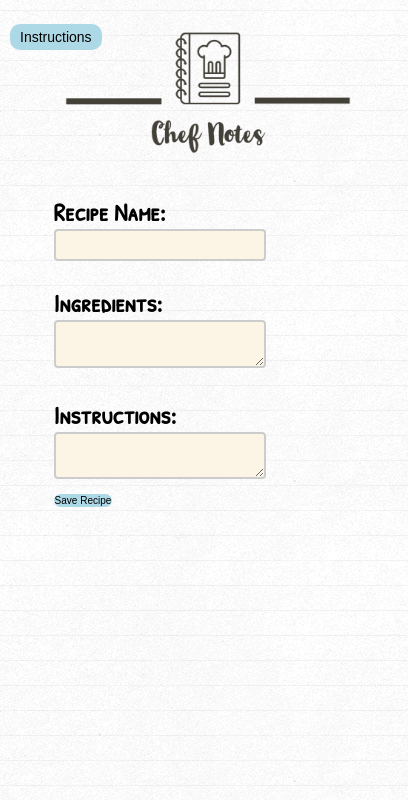
Repository: Chadloswald/RecipeSite
Page: docs/index.html
An editor plug-in stored every save of this project. The page is shown before and after the next save, followed by the edit.
The browser window is 320 px wide. The page is 408 px wide, then 328 px, so the pictures cover 408 px, including what lies to the right of the window. The pictures show the whole page.

Above is the page before, as saved 2023-06-19 10:09:16.

After the next save:
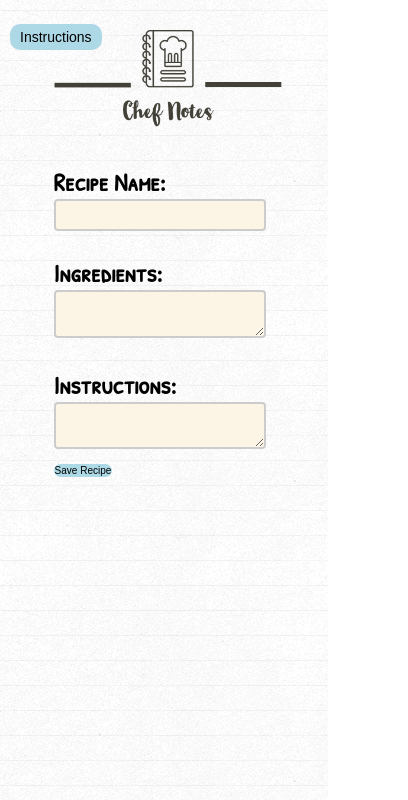
Saved 5 min 23 s later.
--- a/docs/style.css
+++ b/docs/style.css
@@ -193,6 +193,7 @@ p {
   #logo img {
     max-width: 400px;
   }
+
   body {
     margin-top: 12px;
   }
@@ -214,6 +215,10 @@ p {
 
 /* CSS for screens up to 600px */
 @media screen and (max-width: 600px) {
+  #logo img {
+    max-width: 600px;
+  }
+
   body {
     margin-top: 10px;
   }
@@ -235,6 +240,10 @@ p {
 
 /* CSS for screens up to 480px */
 @media screen and (max-width: 480px) {
+  #logo img {
+    max-width: 480px;
+  }
+
   body {
     margin-top: 15px;
   }
@@ -256,6 +265,10 @@ p {
 
 /* CSS for screens up to 320px */
 @media screen and (max-width: 320px) {
+  #logo img {
+    max-width: 320px;
+  }
+
   body {
     margin-top: 20px;
   }
